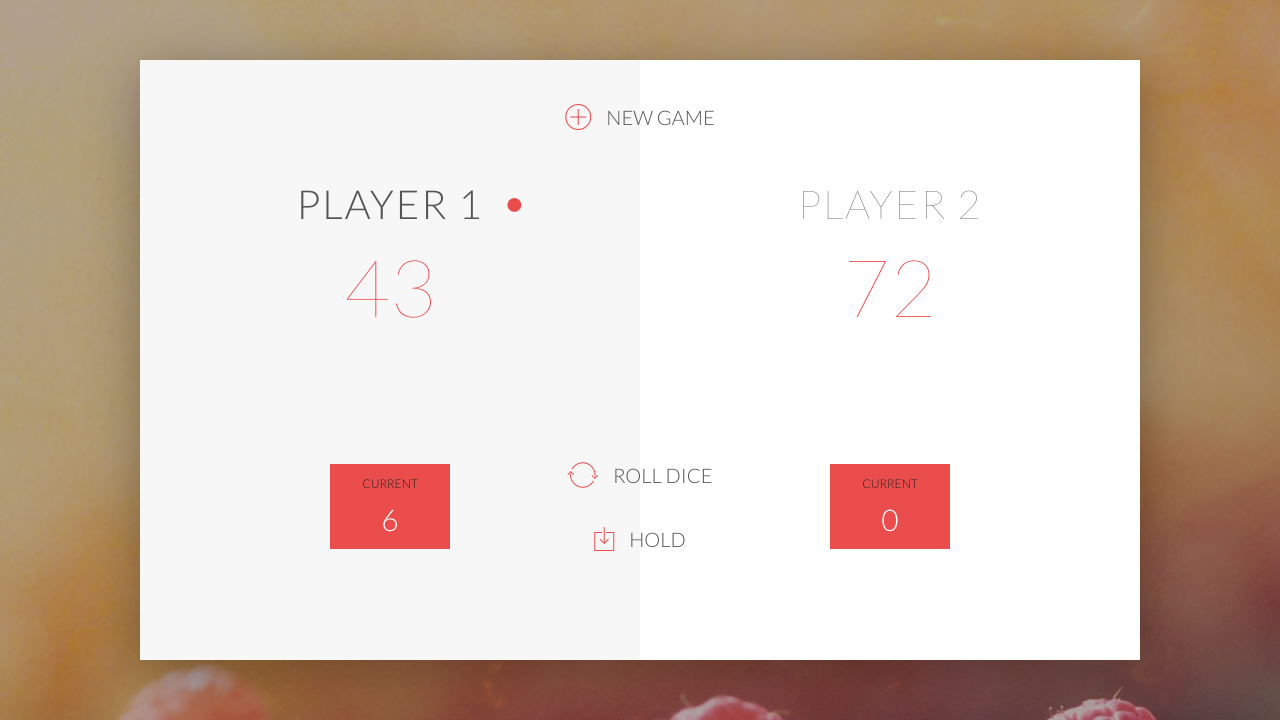
Repository: hexanek/hexanek.github.io
Page: pig-game/index.html
These files come from the project's save history. The page is drawn as it stood at one moment and after the next save; the edit follows.
The browser window is 1280 px wide. The pictures show the whole page.

Above is the page before, as saved 2019-12-17 21:13:06.

After the next save:
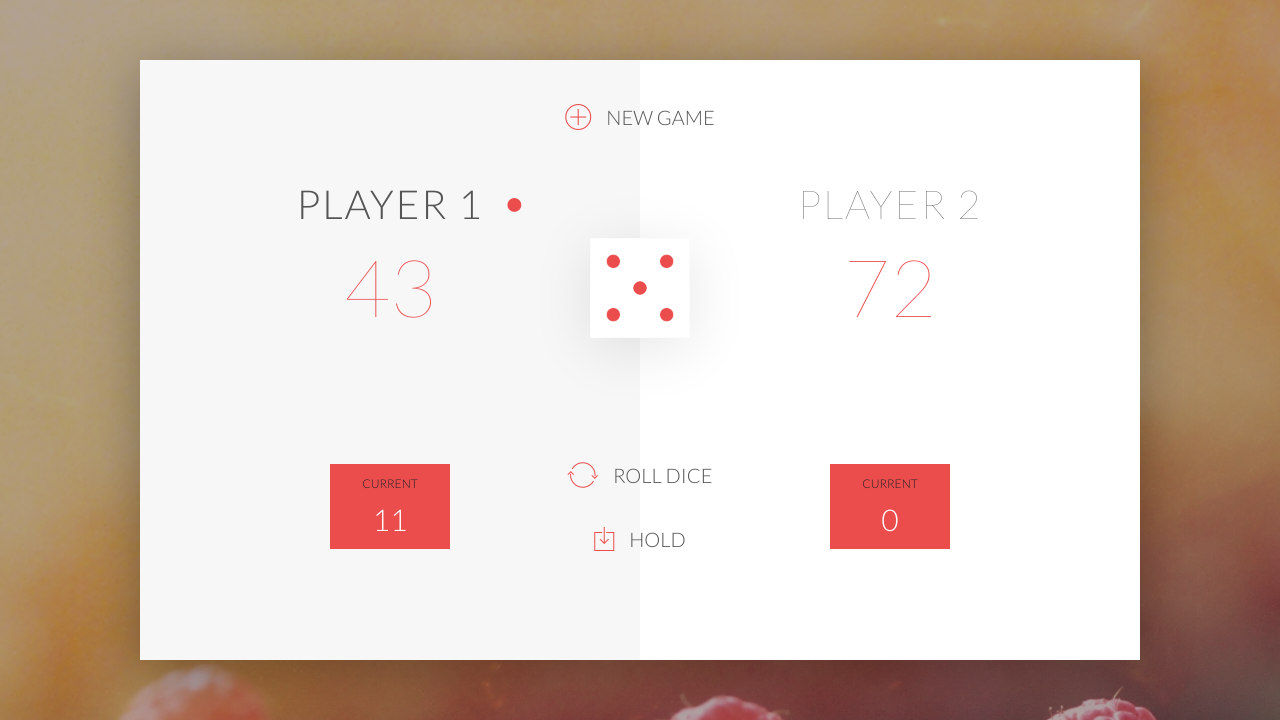
Console error: SyntaxError: missing ) after argument list
Saved 3 min 0 s later.
--- a/pig-game/app.js
+++ b/pig-game/app.js
@@ -9,14 +9,24 @@
 
 */
 
-var scores, roundScore, activePlayer, dice;
+var scores, roundScore, activePlayer;
 
 scores = [0,0];
 roundScore = 0;
 activePlayer = 0;
 
-dice = Math.floor(Math.random() * 6) + 1;
+
 
 document.querySelector('#current-'+ activePlayer).textContent = dice;
 
 document.querySelector('.dice').style.display = 'none';
+
+document.querySelector('.btn-roll').addEventListener('click', function(){
+
+    var dice = Math.floor(Math.random() * 6) + 1;
+
+    var diceDom = document.querySelector('.dice');
+    diceDom.style.display = 'block';
+    diceDom.src = 'dice-' + dice + '.png';
+
+}

After the 2 saves that followed:
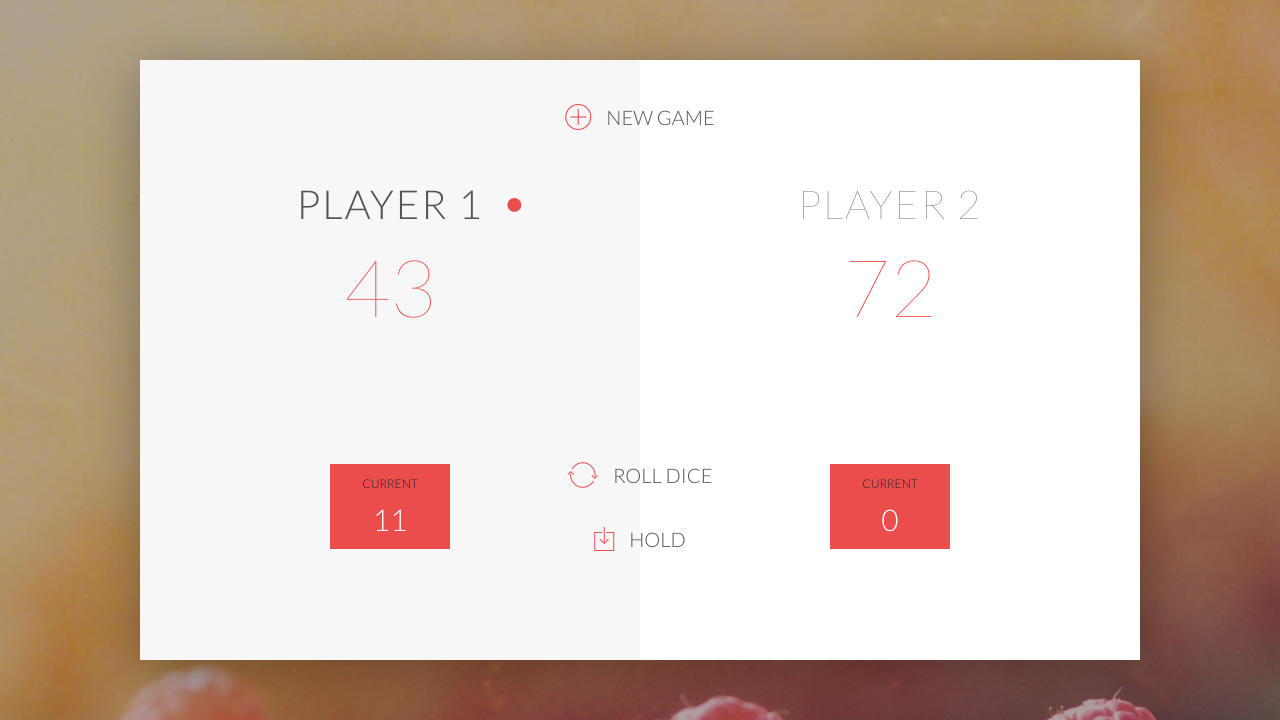
The error is gone.
The 2 saves are shown as one change because 1 left the picture as it was.
The last was saved 107 s later.
--- a/pig-game/app.js
+++ b/pig-game/app.js
@@ -17,7 +17,7 @@
 
 
 
-document.querySelector('#current-'+ activePlayer).textContent = dice;
+//document.querySelector('#current-'+ activePlayer).textContent = dice;
 
 document.querySelector('.dice').style.display = 'none';
 
@@ -29,4 +29,4 @@
     diceDom.style.display = 'block';
     diceDom.src = 'dice-' + dice + '.png';
 
-}
+});
